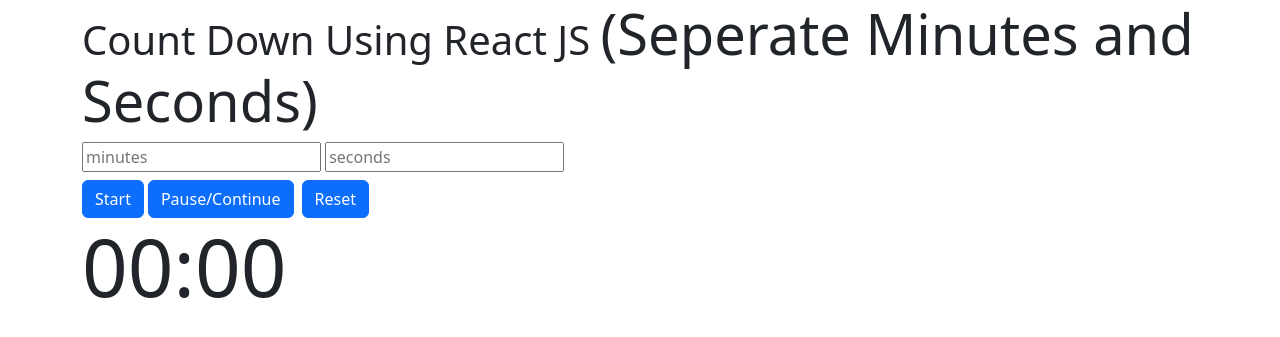
Repository: maheshdama13/reactjs-count-down
Page: /
An editor plug-in stored every save of this project. The page is shown before and after a run of saves, followed by the edit.
The browser window is 1280 px wide. The pictures show the whole page.
The project was rebuilt for these pictures with package versions that can differ from the ones it lists, and the page was loaded fresh each time. Also part of the build but not shown: src/App.css.

Above is the page before, as saved 2022-07-01 02:22:44.

### src/App.js
import logo from './logo.svg';
import './App.css';
import CountDown from './components/CountDown';

function App() {
  return (
    <CountDown />
  );
}

export default App;

### src/components/CountDown.js
import React, {useState, useEffect, useRef} from 'react'

export default function CountDown() {
  const [timer, setTimer] = useState(0);
  const [formattedTimer, setFormattedTimer] = useState("00:00");
  const [isTimerRunning, setIsTimerRunning] = useState(0);

  const formData = useRef(null)

  useEffect(() => {
    let interval = 0;
    if(isTimerRunning === 1) {
      interval = setInterval(() => {
        if(timer > 0)
          setTimer(timer-1);
        }, 1000);
      }


    setFormattedTimer(formatTimer(timer))
    return () => clearInterval(interval);
  }, [timer, isTimerRunning]);

  const formatTimer = (timeData) => {
    let m = Math.floor(timeData % 3600 / 60);
    m = (m<=9) ? '0'+m : m;
    let s = Math.floor(timeData % 3600 % 60);
    s = (s<=9) ? '0'+s : s;
    return m+':'+s;
  }

  const startHandler = () => {
    setIsTimerRunning(1);
    const form = formData.current
    let minutes = form['minutes'].value;
    let seconds = form['seconds'].value;
    let timerVal = Number(minutes*60) + Number(seconds);
    setTimer(timerVal);
  }

  const pauseHandler = () => {
    setIsTimerRunning(prevState => {
      if(prevState === 1) {
        return 0
      } else {
        return 1;
      }
    });
  }

  const resetHandler = () => {
    formData.current.reset();
    setIsTimerRunning(0);
    setTimer(0);
  }

  return (
    <div className='container'>
    <h1>Count Down Using React JS <small className='display-4'>(Seperate Minutes and Seconds)</small></h1>
      <form ref={formData}>
        <div class="d-flex">
          <input className=' d-inline' name='minutes' type="number" placeholder='minutes' />&nbsp;
          <input className=' d-inline' name='seconds' type="number" placeholder='seconds' />&nbsp;
        </div>
        <div className='mt-2'>
          <button type="button" className='btn btn-primary mr-1' onClick={startHandler}>Start</button>
          <button type="button" className='btn btn-primary mx-1' onClick={pauseHandler}>Pause/Continue</button>
          <button type="button" className='btn btn-primary mx-1' onClick={resetHandler}>Reset</button>
        </div>
      </form>


      <h1 className='display-1'>{formattedTimer}</h1>
    </div>
  )
}

Loaded but not shown: public/index.html (common file); src/index.js (common file); src/index.css (common file); src/reportWebVitals.js (common file)

After the next 2 saves:
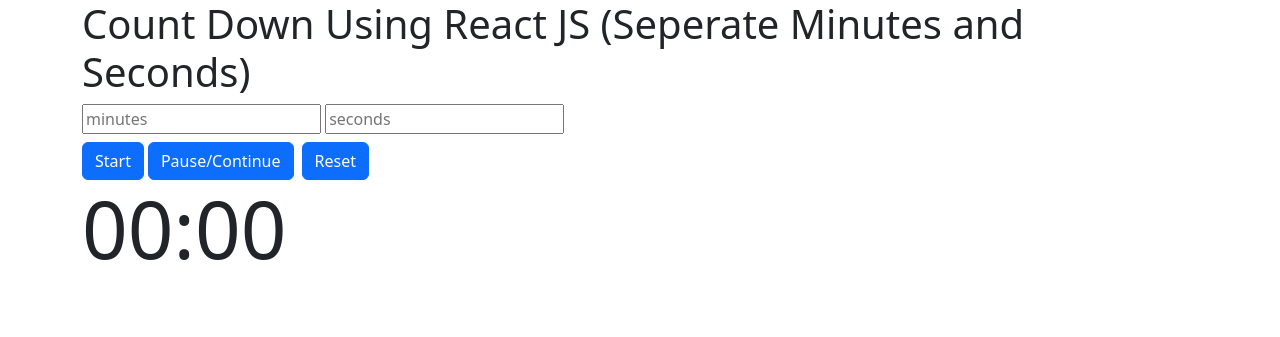
The 2 saves are shown as one change because they came seconds apart.
The last was saved 6 s later.
--- a/src/components/CountDown.js
+++ b/src/components/CountDown.js
@@ -56,7 +56,7 @@
 
   return (
     <div className='container'>
-    <h1>Count Down Using React JS <small className='display-4'>(Seperate Minutes and Seconds)</small></h1>
+    <h1>Count Down Using React JS <small className='display-6'>(Seperate Minutes and Seconds)</small></h1>
       <form ref={formData}>
         <div class="d-flex">
           <input className=' d-inline' name='minutes' type="number" placeholder='minutes' />&nbsp;
